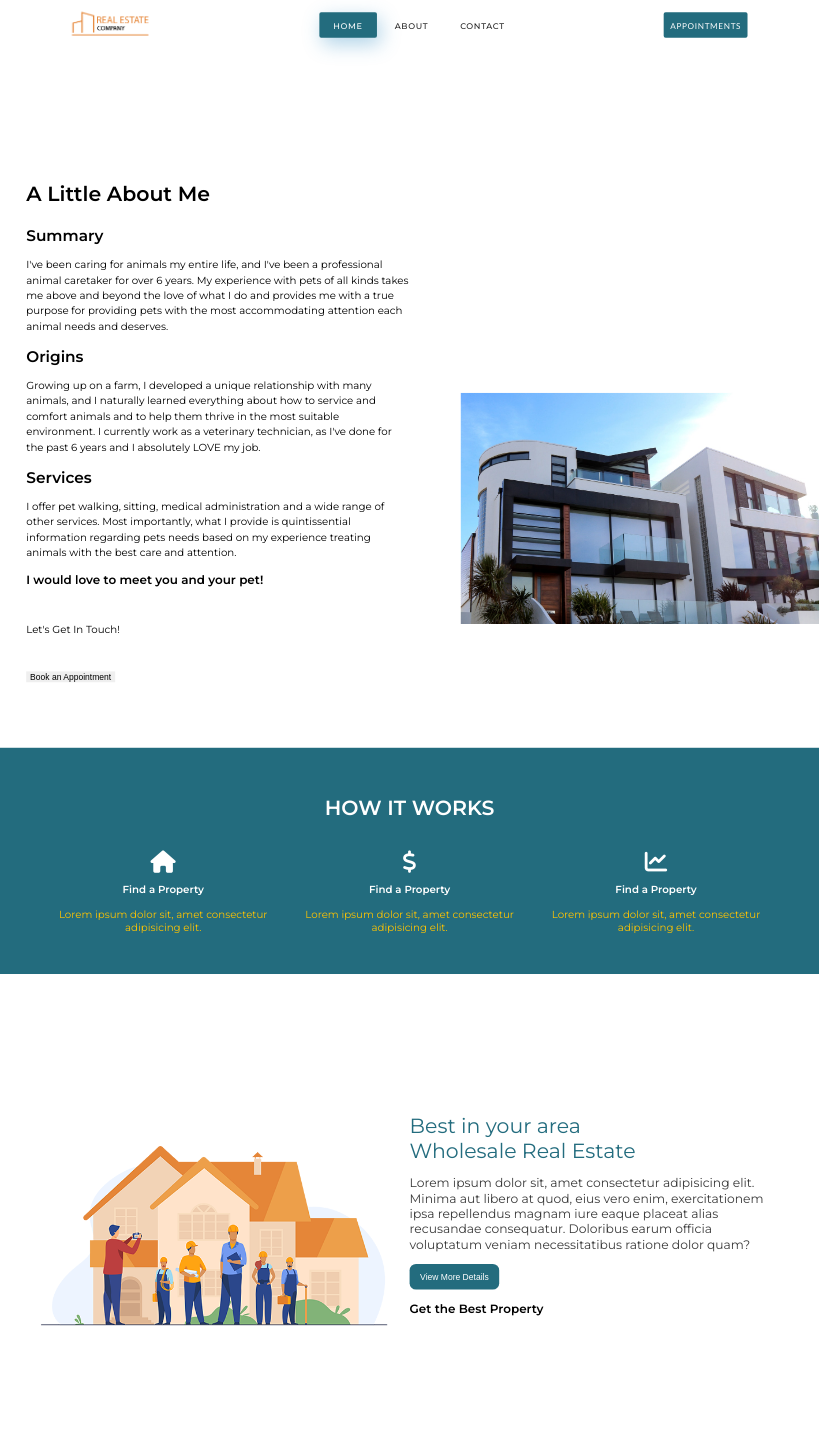
Repository: gabe126679/Mikes-site
Page: /about
The author's editor kept a copy of each file at every save. The page is drawn from the files as they stood at one save, then again after the next save.
The browser window is 1280 px wide. The pictures show the whole page, at 64% of full size.
Some web libraries are served in a nearby version. The project was rebuilt for these pictures with package versions that can differ from the ones it lists, and the page was loaded fresh each time. Also part of the build but not shown: src/components/Header.jsx, src/components/Contact.jsx, src/components/Agentbox.jsx, src/components/Agent.jsx, src/components/Bproperty.jsx, src/components/Item.js, src/components/CarouselItem.jsx, src/components/Properties.jsx and 1 more.

Above is the page before, as saved 2022-04-19 14:33:03.

After the next save:
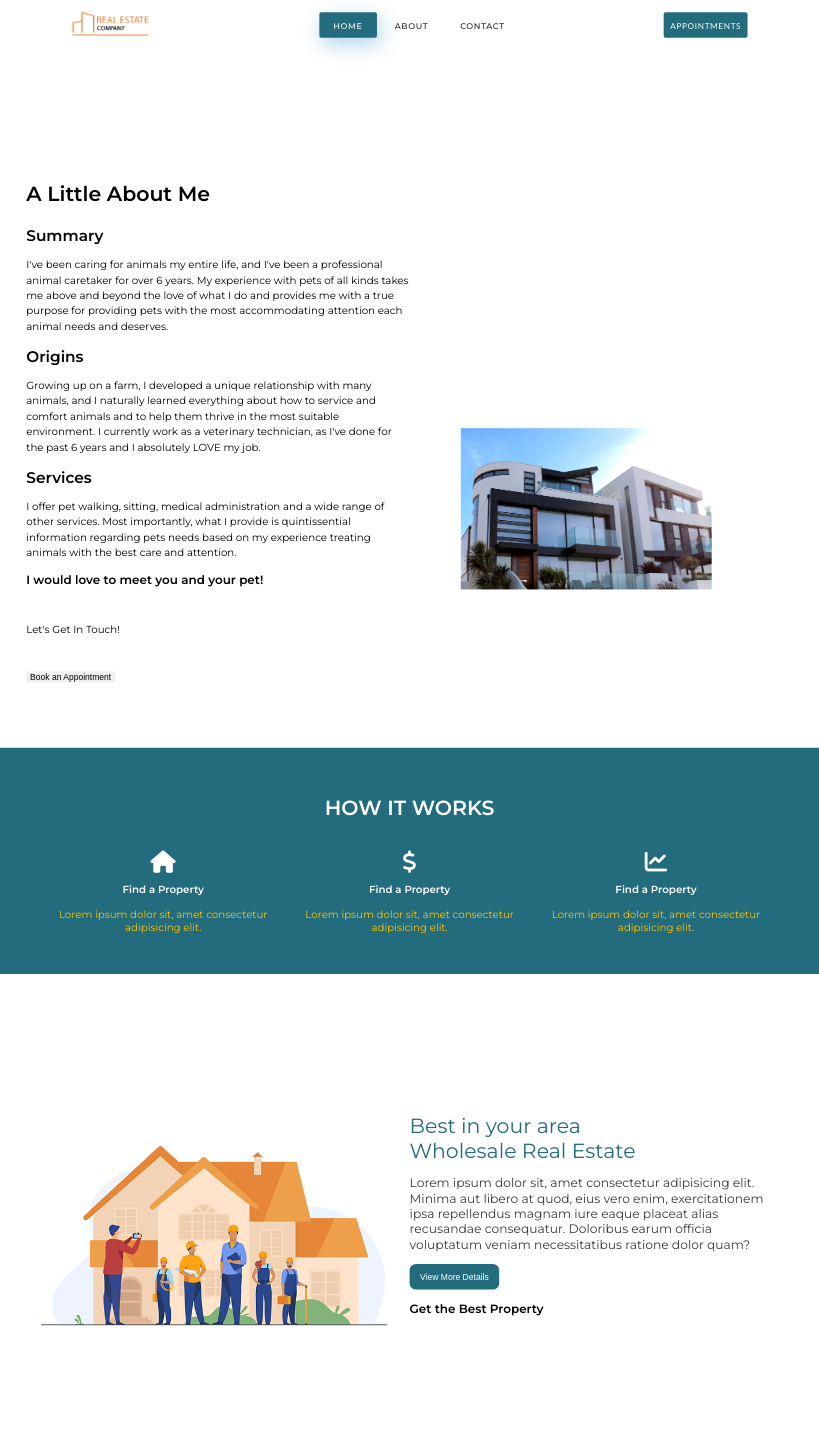
Saved 13 s later.
--- a/src/components/PageAbout.jsx
+++ b/src/components/PageAbout.jsx
@@ -76,7 +76,7 @@ const Image = styled.img`
   position: relative;
   @media (min-width: 768px) {
     height: 100%;
-    width: 100%;
+    width: 70%;
     object-fit: contain;
   }
 `;
